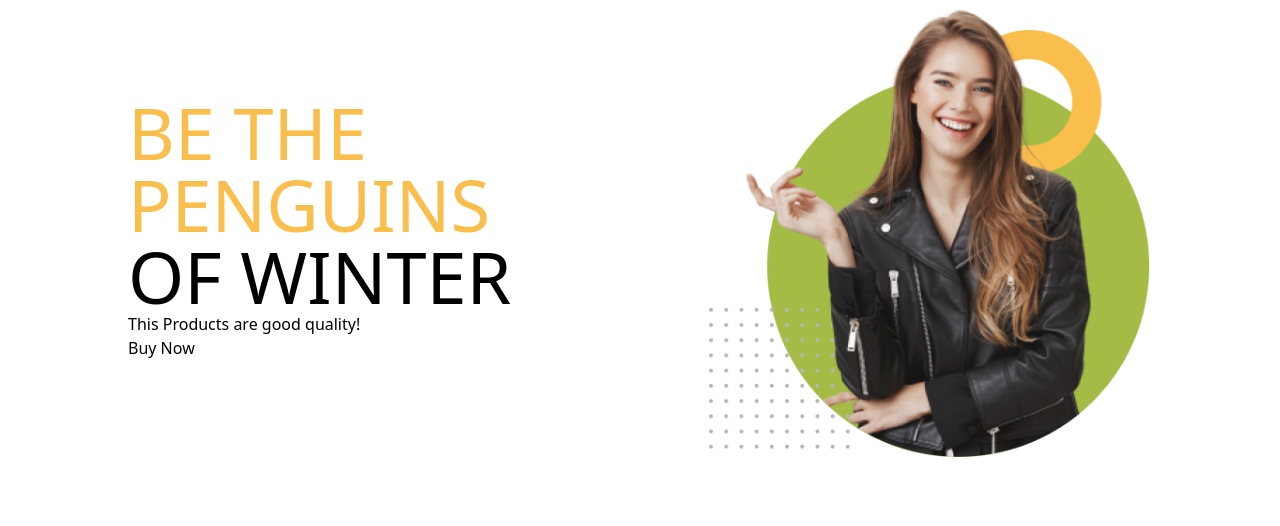
Repository: SyeadaSakina/Penguins-fashion
Page: index.html
The author's editor kept a copy of each file at every save. The page is drawn from the files as they stood at one save, then again after the next save.
The browser window is 1280 px wide. The pictures show the whole page.
Some web libraries are served in a nearby version.

Above is the page before, as saved 2023-07-21 22:41:23.

### index.html
<!DOCTYPE html>
<html lang="en">

<head>
    <meta charset="UTF-8">
    <meta name="viewport" content="width=device-width, initial-scale=1.0">
    <title>Penguin Fashion</title>
    <script src="https://cdn.tailwindcss.com"></script>
</head>

<body>
    <header class="bg-amber-111lo px-32">
        <!-- nav section -->
        <nav>

        </nav>

        <!-- banner section -->
        <div class="flex justify-between items-center">
            <div>
                <h1 class="text-7xl uppercase"> <span class="text-[#FABE4C]">Be the Penguins</span>
                    <br> of Winter
                </h1>
                <p>
                    This Products are good quality!
                </p>
                <button>Buy Now</button>
            </div>
            <div>
                <img src="images/model.png" alt="Image of a model">
            </div>
        </div>

    </header>
    <main>

    </main>
    <footer>

    </footer>
</body>

</html>

After the next save:
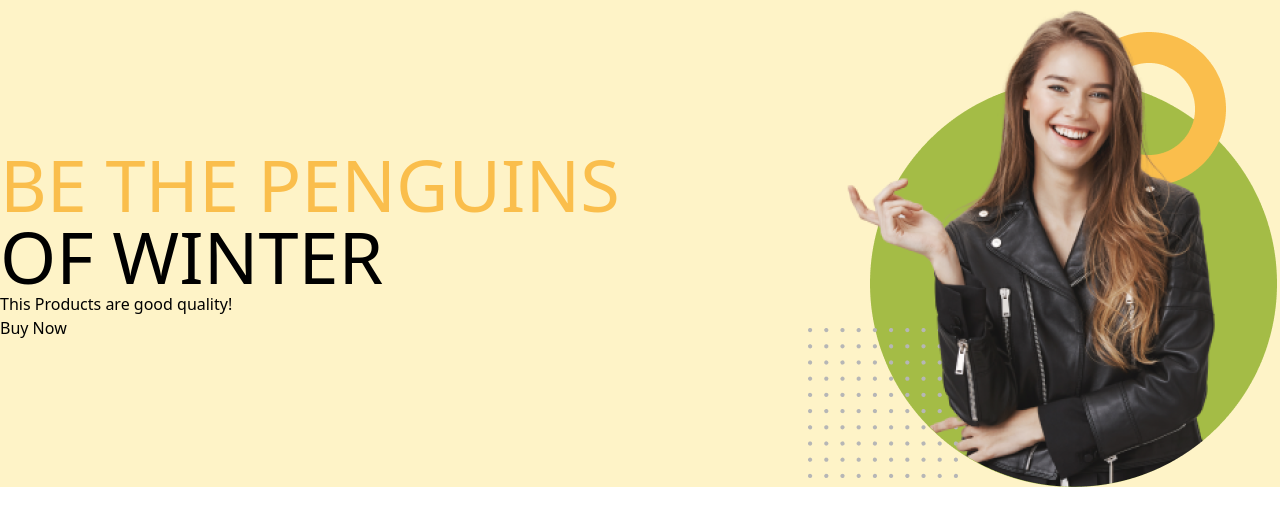
Saved 31 s later.
--- a/index.html
+++ b/index.html
@@ -9,7 +9,7 @@
 </head>
 
 <body>
-    <header class="bg-amber-111lo px-32">
+    <header class="bg-amber-100 px-22">
         <!-- nav section -->
         <nav>
 
